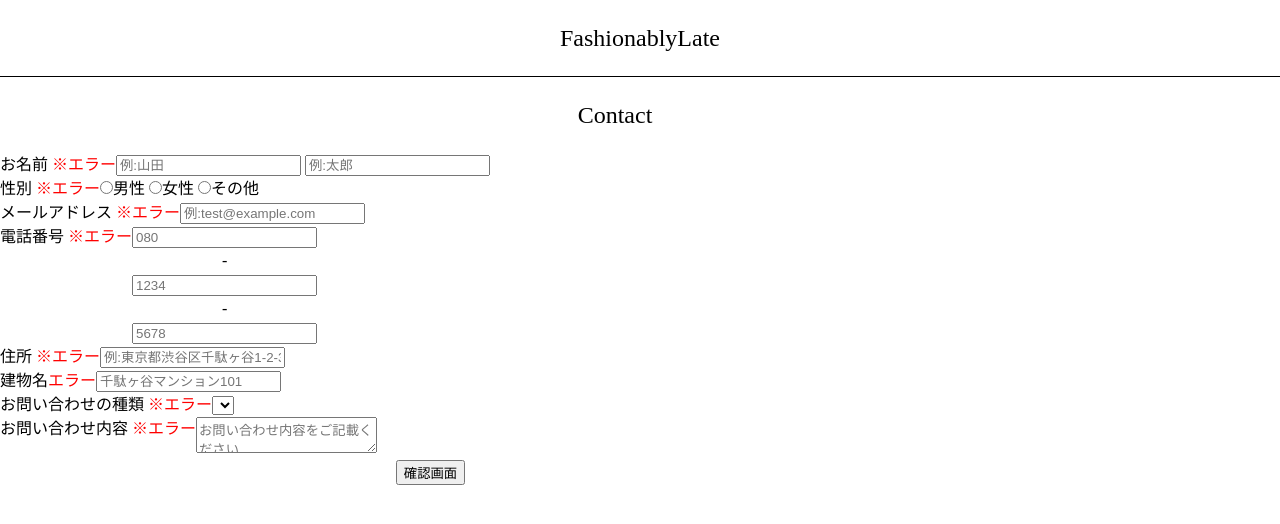
Repository: mayu-ya/test_form
Page: src/resources/views/index.blade.php
The author's editor kept a copy of each file at every save. The page is drawn from the files as they stood at one save, then again after the next save.
The browser window is 1280 px wide. The pictures show the whole page.
The page is served by the project's Laravel application, run on PHP 8.4 with Laravel 8. Other server files are loaded and not shown. The template is opened directly, without the code that normally fills it, so the values that code supplies are empty.

Above is the page before, as saved 2026-01-17 00:03:54.

### src/routes/web.php
<?php

use Illuminate\Support\Facades\Route;
use App\Http\Controllers\ContactController;

/*
|--------------------------------------------------------------------------
| Web Routes
|--------------------------------------------------------------------------
|
| Here is where you can register web routes for your application. These
| routes are loaded by the RouteServiceProvider within a group which
| contains the "web" middleware group. Now create something great!
|
*/

Route::get('/', [ContactController::class, 'index']);

### src/resources/views/index.blade.php
@extends('layouts.app')

@section('css')
<link rel="stylesheet" href="{{ asset('css/index.css') }}">
@endsection

@section('content')
<div class="content">
    <div class="title">
        <h2 class="title-h">Contact</h2>
    </div>

    <form class="form">
        <div class="form__group">
            <div class="form__group-item">
                <span class="form__item">お名前</span>
                <span class="form__required">※</span>
            </div>
            <div class="form__error">
                エラー
            </div>
            <div class="form__input">
                <input type="text" class="form__input-text" name="name" placeholder="例:山田">
                <input type="text" class="form__input-text" name="name" placeholder="例:太郎">
            </div>
        </div>

        <div class="form__group">
            <div class="form__group-item">
                <span class="form__item">性別</span>
                <span class="form__required">※</span>
            </div>
            <div class="form__error">
                エラー
            </div>
            <div class="form__input">
                <input type="radio" class="form__input-text" name="gender">男性
                <input type="radio" class="form__input-text" name="gender">女性
                <input type="radio" class="form__input-text" name="gender">その他
            </div>
        </div>

        <div class="form__group">
            <div class="form__group-item">
                <span class="form__item">メールアドレス</span>
                <span class="form__required">※</span>
            </div>
            <div class="form__error">
                エラー
            </div>
            <div class="form__input">
                <input type="emai" class="form__input-text" name="emai" placeholder="例:test@example.com">
            </div>
        </div>

        <div class="form__group">
            <div class="form__group-item">
                <span class="form__item">電話番号</span>
                <span class="form__required">※</span>
            </div>
            <div class="form__error">
                エラー
            </div>
            <div class="form__input">
                <input type="tel" class="form__input-text" name="tel" placeholder="080">
                <div class="form__input-tel">-</div>
                <input type="tel" class="form__input-text" name="tel" placeholder="1234">
                <div class="form__input-tel">-</div>
                <input type="tel" class="form__input-text" name="tel" placeholder="5678">
            </div>
        </div>

        <div class="form__group">
            <div class="form__group-ite">
                <span class="form__item">住所</span>
                <span class="form__required">※</span>
            </div>
            <div class="form__error">
                エラー
            </div>
            <div class="form__input">
                <input type="text" class="form__input-text" name="address" placeholder="例:東京都渋谷区千駄ヶ谷1-2-3">
            </div>
        </div>

        <div class="form__group">
            <div class="form__group-item">
                <span class="form__item">建物名</span>
            </div>
            <div class="form__error">
                エラー
            </div>
            <div class="form__input">
                <input type="text" class="form__input-text" name="building" placeholder="千駄ヶ谷マンション101">
            </div>
        </div>

        <div class="form__group">
            <div class="form__group-item">
                <span class="form__item">お問い合わせの種類</span>
                <span class="form__required">※</span>
            </div>
            <div class="form__error">
                エラー
            </div>
            <div class="form__select">
                <select name="content" class="form__select-item" placeholder="選択してください">
                    <option value=""></option>
                </select>
            </div>
        </div>

        <div class="form__group">
            <div class="form__group-item">
                <span class="form__item">お問い合わせ内容</span>
                <span class="form__required">※</span>
            </div>
            <div class="form__error">
                エラー
            </div>
            <div class="form__input">
                <textarea name="detail" class="form__input-textarea" placeholder="お問い合わせ内容をご記載ください"></textarea>
            </div>
        </div>

        <div class="form__group-button">
            <button class="form__group-button-submit" type="submit">確認画面</button>
        </div>
    </form>
</div>
@endsection

### src/resources/views/layouts/app.blade.php
<!DOCTYPE html>
<html lang="ja">
<head>
    <meta charset="UTF-8">
    <meta name="viewport" content="width=device-width, initial-scale=1.0">
    <title>FashionablyLate</title>
    <link rel="stylesheet" href="{{ asset('css/common.css') }}">
    <link rel="stylesheet" href="{{ asset('css/sanitize.css') }}">
    @yield('css')
</head>
<body>
    <header class="header">
        <div class="header-title">
            <div class="header-title__item">FashionablyLate</div>
        </div>
        @yield('header')
    </header>

    <main>
        @yield('content')
    </main>
</body>
</html>

### src/public/css/common.css
.header{
    border-bottom: 1px solid #000;
}

.header-title {
    margin: 0 auto;
    padding: 20px 15px;
    max-width: 1230px;
}

.header-title__item {
    font-size: 24px;
    text-align: center;
}

### src/public/css/sanitize.css
/* Document
* ========================================================================== */

/**
* Add border box sizing in all browsers (opinionated).
*/

*,
::before,
::after {
  box-sizing: border-box;
}

/**
* 1. Add text decoration inheritance in all browsers (opinionated).
* 2. Add vertical alignment inheritance in all browsers (opinionated).
*/

::before,
::after {
  vertical-align: inherit;
  /* 2 */
  text-decoration: inherit;
  /* 1 */
}

/**
* 1. Use the default cursor in all browsers (opinionated).
* 2. Change the line height in all browsers (opinionated).
* 3. Use a 4-space tab width in all browsers (opinionated).
* 4. Remove the grey highlight on links in iOS (opinionated).
* 5. Prevent adjustments of font size after orientation changes in
*    IE on Windows Phone and in iOS.
* 6. Breaks words to prevent overflow in all browsers (opinionated).
*/

html {
  word-break: break-word;
  /* 6 */
  -moz-tab-size: 4;
  /* 3 */
  tab-size: 4;
  /* 3 */
  line-height: 1.5;
  /* 2 */
  cursor: default;
  /* 1 */

  -webkit-tap-highlight-color: transparent
    /* 4 */
  ;
  -ms-text-size-adjust: 100%;
  /* 5 */
  -webkit-text-size-adjust: 100%;
  /* 5 */
}

/* Sections
* ========================================================================== */

/**
* Remove the margin in all browsers (opinionated).
*/

body {
  margin: 0;
}

/**
* Correct the font size and margin on `h1` elements within `section` and
* `article` contexts in Chrome, Edge, Firefox, and Safari.
*/

h1 {
  margin: 0.67em 0;
  font-size: 2em;
}

/* Grouping content
* ========================================================================== */

/**
* Remove the margin on nested lists in Chrome, Edge, IE, and Safari.
*/

dl dl,
dl ol,
dl ul,
ol dl,
ul dl {
  margin: 0;
}

/**
* Remove the margin on nested lists in Edge 18- and IE.
*/

ol ol,
ol ul,
ul ol,
ul ul {
  margin: 0;
}

/**
* 1. Add the correct sizing in Firefox.
* 2. Show the overflow in Edge 18- and IE.
*/

hr {
  overflow: visible;
  /* 2 */
  height: 0;
  /* 1 */
}

/**
* Add the correct display in IE.
*/

main {
  display: block;
}

/**
* Remove the list style on navigation lists in all browsers (opinionated).
*/

nav ol,
nav ul {
  padding: 0;
  list-style: none;
}

/**
* 1. Correct the inheritance and scaling of font size in all browsers.
* 2. Correct the odd `em` font sizing in all browsers.
*/

pre {
  font-size: 1em;
  /* 2 */
  font-family: monospace, monospace;
  /* 1 */
}

/* Text-level semantics
* ========================================================================== */

/**
* Remove the gray background on active links in IE 10.
*/

a {
  background-color: transparent;
}

/**
* Add the correct text decoration in Edge 18-, IE, and Safari.
*/

abbr[title] {
  text-decoration: underline;
  text-decoration: underline dotted;
}

/**
* Add the correct font weight in Chrome, Edge, and Safari.
*/

b,
strong {
  font-weight: bolder;
}

/**
* 1. Correct the inheritance and scaling of font size in all browsers.
* 2. Correct the odd `em` font sizing in all browsers.
*/

code,
kbd,
samp {
  font-size: 1em;
  /* 2 */
  font-family: monospace, monospace;
  /* 1 */
}

/**
* Add the correct font size in all browsers.
*/

small {
  font-size: 80%;
}

/* Embedded content
* ========================================================================== */

/*
* Change the alignment on media elements in all browsers (opinionated).
*/

audio,
canvas,
iframe,
img,
svg,
video {
  vertical-align: middle;
}

/**
* Add the correct display in IE 9-.
*/

audio,
video {
  display: inline-block;
}

/**
* Add the correct display in iOS 4-7.
*/

audio:not([controls]) {
  display: none;
  height: 0;
}

/**
* Remove the border on iframes in all browsers (opinionated).
*/

iframe {
  border-style: none;
}

/**
* Remove the border on images within links in IE 10-.
*/

img {
  border-style: none;
}

/**
* Change the fill color to match the text color in all browsers (opinionated).
*/

svg:not([fill]) {
  fill: currentColor;
}

/**
* Hide the overflow in IE.
*/

svg:not(:root) {
  overflow: hidden;
}

/* Tabular data
* ========================================================================== */

/**
* Collapse border spacing in all browsers (opinionated).
*/

table {
  border-collapse: collapse;
}

/* Forms
* ========================================================================== */

/**
* Remove the margin on controls in Safari.
*/

button,
input,
select {
  margin: 0;
}

/**
* 1. Show the overflow in IE.
* 2. Remove the inheritance of text transform in Edge 18-, Firefox, and IE.
*/

button {
  overflow: visible;
  /* 1 */
  text-transform: none;
  /* 2 */
}

/**
* Correct the inability to style buttons in iOS and Safari.
*/

button,
[type="button"],
[type="reset"],
[type="submit"] {
  -webkit-appearance: button;
}

/**
* 1. Change the inconsistent appearance in all browsers (opinionated).
* 2. Correct the padding in Firefox.
*/

fieldset {
  padding: 0.35em 0.75em 0.625em;
  /* 2 */
  border: 1px solid #a0a0a0;
  /* 1 */
}

/**
* Show the overflow in Edge 18- and IE.
*/

input {
  overflow: visible;
}

/**
* 1. Correct the text wrapping in Edge 18- and IE.
* 2. Correct the color inheritance from `fieldset` elements in IE.
*/

legend {
  display: table;
  /* 1 */
  max-width: 100%;
  /* 1 */
  color: inherit;
  /* 2 */
  white-space: normal;
  /* 1 */
}

/**
* 1. Add the correct display in Edge 18- and IE.
* 2. Add the correct vertical alignment in Chrome, Edge, and Firefox.
*/

progress {
  display: inline-block;
  /* 1 */
  vertical-align: baseline;
  /* 2 */
}

/**
* Remove the inheritance of text transform in Firefox.
*/

select {
  text-transform: none;
}

/**
* 1. Remove the margin in Firefox and Safari.
* 2. Remove the default vertical scrollbar in IE.
* 3. Change the resize direction in all browsers (opinionated).
*/

textarea {
  overflow: auto;
  /* 2 */
  margin: 0;
  /* 1 */
  resize: vertical;
  /* 3 */
}

/**
* Remove the padding in IE 10-.
*/

[type="checkbox"],
[type="radio"] {
  padding: 0;
}

/**
* 1. Correct the odd appearance in Chrome, Edge, and Safari.
* 2. Correct the outline style in Safari.
*/

[type="search"] {
  outline-offset: -2px;
  /* 2 */

  -webkit-appearance: textfield;
  /* 1 */
}

/**
* Correct the cursor style of increment and decrement buttons in Safari.
*/

::-webkit-inner-spin-button,
::-webkit-outer-spin-button {
  height: auto;
}

/**
* Correct the text style of placeholders in Chrome, Edge, and Safari.
*/

::-webkit-input-placeholder {
  color: inherit;
  opacity: 0.54;
}

/**
* Remove the inner padding in Chrome, Edge, and Safari on macOS.
*/

::-webkit-search-decoration {
  -webkit-appearance: none;
}

/**
* 1. Correct the inability to style upload buttons in iOS and Safari.
* 2. Change font properties to `inherit` in Safari.
*/

::-webkit-file-upload-button {
  font: inherit;
  /* 2 */

  -webkit-appearance: button;
  /* 1 */
}

/**
* Remove the inner border and padding of focus outlines in Firefox.
*/

::-moz-focus-inner {
  padding: 0;
  border-style: none;
}

/**
* Restore the focus outline styles unset by the previous rule in Firefox.
*/

:-moz-focusring {
  outline: 1px dotted ButtonText;
}

/**
* Remove the additional :invalid styles in Firefox.
*/

:-moz-ui-invalid {
  box-shadow: none;
}

/* Interactive
* ========================================================================== */

/*
* Add the correct display in Edge 18- and IE.
*/

details {
  display: block;
}

/*
* Add the correct styles in Edge 18-, IE, and Safari.
*/

dialog {
  position: absolute;
  right: 0;
  left: 0;
  display: block;
  margin: auto;
  padding: 1em;
  width: -moz-fit-content;
  width: -webkit-fit-content;
  width: fit-content;
  height: -moz-fit-content;
  height: -webkit-fit-content;
  height: fit-content;
  border: solid;
  background-color: white;
  color: black;
}

dialog:not([open]) {
  display: none;
}

/*
* Add the correct display in all browsers.
*/

summary {
  display: list-item;
}

/* Scripting
* ========================================================================== */

/**
* Add the correct display in IE 9-.
*/

canvas {
  display: inline-block;
}

/**
* Add the correct display in IE.
*/

template {
  display: none;
}

/* User interaction
* ========================================================================== */

/*
* 1. Remove the tapping delay in IE 10.
* 2. Remove the tapping delay on clickable elements
in all browsers (opinionated).
*/

a,
area,
button,
input,
label,
select,
summary,
textarea,
[tabindex] {
  -ms-touch-action: manipulation;
  /* 1 */
  touch-action: manipulation;
  /* 2 */
}

/**
* Add the correct display in IE 10-.
*/

[hidden] {
  display: none;
}

/* Accessibility
* ========================================================================== */

/**
* Change the cursor on busy elements in all browsers (opinionated).
*/

[aria-busy="true"] {
  cursor: progress;
}

/*
* Change the cursor on control elements in all browsers (opinionated).
*/

[aria-controls] {
  cursor: pointer;
}

/*
* Change the cursor on disabled, not-editable, or otherwise
* inoperable elements in all browsers (opinionated).
*/

[aria-disabled="true"],
[disabled] {
  cursor: not-allowed;
}

/*
* Change the display on visually hidden accessible elements
* in all browsers (opinionated).
*/

[aria-hidden="false"][hidden] {
  display: initial;
}

[aria-hidden="false"][hidden]:not(:focus) {
  position: absolute;
  clip: rect(0, 0, 0, 0);
}

### src/public/css/index.css
.content {
    max-width: 1230px;
}

.title {
    margin: 0 auto;
}

.title-h {
    text-align: center;
    font-weight: lighter;
}

.form {
    width: 70%;
    text-align: center;
}

.form__group {
    display: flex;
    width: 70%;
}

.form__required {
    color: red;
}

.form__error {
    color: red;
    text-align: left;
}

After the next save:
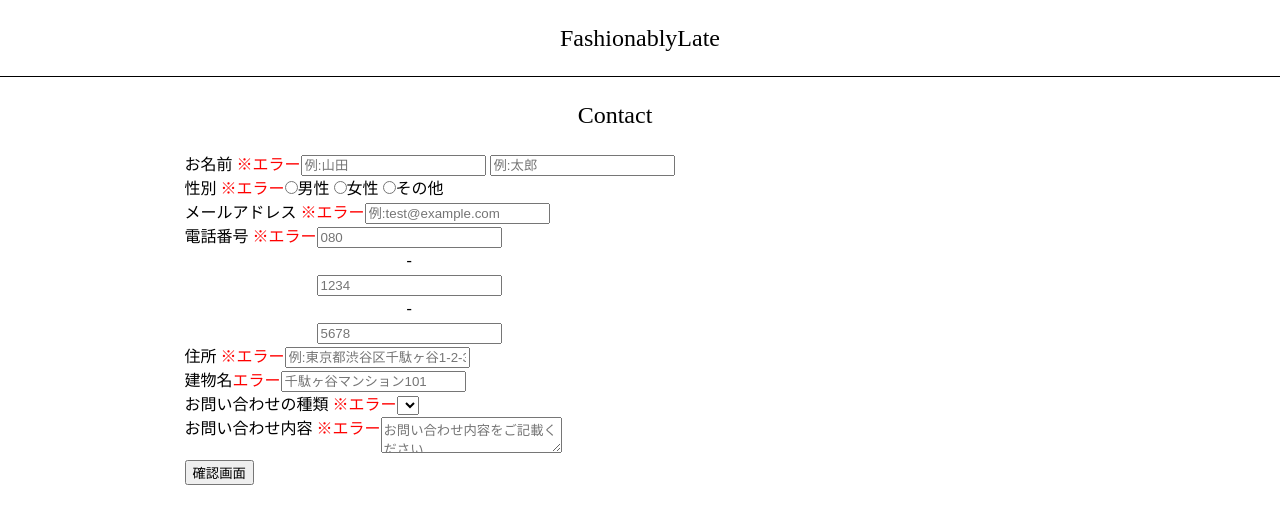
Saved 94 s later.
--- a/src/public/css/index.css
+++ b/src/public/css/index.css
@@ -13,12 +13,13 @@
 
 .form {
     width: 70%;
-    text-align: center;
+    margin: 0 auto;
 }
 
 .form__group {
     display: flex;
     width: 70%;
+    text-align: center;
 }
 
 .form__required {
